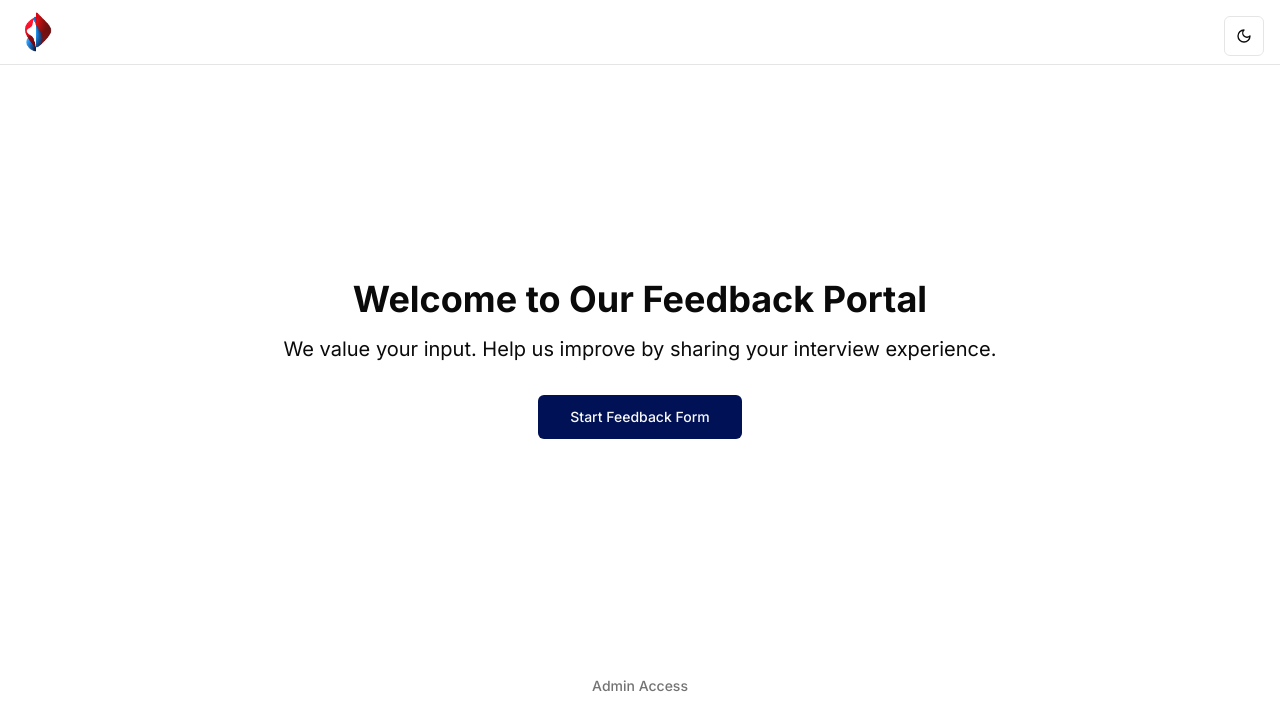
Repository: imets01/swisscom-feedback-app
Page: / (app in frontend/)
The author's editor kept a copy of each file at every save. The page is drawn from the files as they stood at one save, then again after the next save.
The browser window is 1280 px wide. The pictures show the whole page.
The project was rebuilt for these pictures with package versions that can differ from the ones it lists, and the page was loaded fresh each time. The framework's server and built-in components were replaced by stand-ins that run in the browser. Also part of the build but not shown: frontend/next.config.mjs, frontend/src/components/ui/label.jsx, frontend/src/components/ui/form.jsx, frontend/src/components/ui/input.jsx, frontend/src/components/ui/card.jsx, frontend/src/app/components/loginForm.js, frontend/src/app/login/page.js.

Above is the page before, as saved 2024-12-01 11:08:12.

### frontend/src/app/layout.jsx
import "./globals.css";
import { Inter } from "next/font/google";

const inter = Inter({ subsets: ["latin"] });

export const metadata = {
  title: "Interview Feedback Form",
  description: "Submit your feedback about the interview process",
};

export default function RootLayout({ children }) {
  return (
    <html lang="en">
      <body className={inter.className}>
        <div>
          <main>{children}</main>
        </div>
      </body>
    </html>
  );
}

### frontend/src/app/page.js
import Link from "next/link";
import { Button } from "@/components/ui/button";
import {
  Drawer,
  DrawerClose,
  DrawerContent,
  DrawerDescription,
  DrawerFooter,
  DrawerHeader,
  DrawerTitle,
  DrawerTrigger,
} from "@/components/ui/drawer";
import LoginPage from "./login/page";
import Header from "./components/headerComponent";

export default function Home() {
  return (
    <div className="min-h-screen flex flex-col">
      <Header />
      <main className="flex-grow flex items-center justify-center">
        <div className="text-center">
          <h1 className="text-4xl font-bold mb-4">
            Welcome to Our Feedback Portal
          </h1>
          <p className="text-xl mb-8">
            We value your input. Help us improve by sharing your interview
            experience.
          </p>
          <Button asChild size="lg">
            <Link href="/feedback">Start Feedback Form</Link>
          </Button>
        </div>
      </main>

      <footer className="p-4 text-center">
        <Drawer>
          <DrawerTrigger className=" h-9 w-fit rounded-md px-3 text-sm font-medium text-muted-foreground hover:text-foreground hover:bg-accent">
            Admin Access
          </DrawerTrigger>
          <DrawerContent>
            <DrawerHeader>
              <DrawerTitle></DrawerTitle>
              <DrawerDescription></DrawerDescription>
              <LoginPage />
            </DrawerHeader>
            <DrawerFooter className="flex justify-center items-center">
              <DrawerClose asChild>
                <Button
                  variant="outline"
                  className="h-9 w-fittransition-colors text-muted-foreground hover:text-foreground hover:bg-accent"
                >
                  Cancel
                </Button>
              </DrawerClose>
            </DrawerFooter>
          </DrawerContent>
        </Drawer>
      </footer>
    </div>
  );
}

### frontend/src/app/globals.css
@tailwind base;
@tailwind components;
@tailwind utilities;

body {
  font-family: Arial, Helvetica, sans-serif;
}

@layer base {
  :root {
    --background: 0 0% 100%;
    --foreground: 0 0% 3.9%;
    --card: 0 0% 100%;
    --card-foreground: 0 0% 3.9%;
    --popover: 0 0% 100%;
    --popover-foreground: 0 0% 3.9%;
    /* --primary: 0 0% 9%; */
    --primary: 228 100% 16.7%;
    --primary-foreground: 0 0% 98%;
    --secondary: 212 93% 44.5%;
    --secondary-foreground: 212 93% 35%;
    --muted: 0 0% 96.1%;
    --muted-foreground: 0 0% 45.1%;
    --accent: 0 0% 96.1%;
    --accent-foreground: 0 0% 9%;
    --destructive: 0 84.2% 60.2%;
    --destructive-foreground: 0 0% 98%;
    --border: 0 0% 89.8%;
    --input: 0 0% 89.8%;
    --ring: 0 0% 3.9%;
    --chart-1: 12 76% 61%;
    --chart-2: 173 58% 39%;
    --chart-3: 197 37% 24%;
    --chart-4: 43 74% 66%;
    --chart-5: 27 87% 67%;
    --radius: 0.5rem;
    --sidebar-background: 0 0% 98%;
    --sidebar-foreground: 240 5.3% 26.1%;
    --sidebar-primary: 240 5.9% 10%;
    --sidebar-primary-foreground: 0 0% 98%;
    --sidebar-accent: 240 4.8% 95.9%;
    --sidebar-accent-foreground: 240 5.9% 10%;
    --sidebar-border: 220 13% 91%;
    --sidebar-ring: 217.2 91.2% 59.8%;
  }
  .dark {
    --background: 0 0% 3.9%;
    --foreground: 0 0% 98%;
    --card: 0 0% 3.9%;
    --card-foreground: 0 0% 98%;
    --popover: 0 0% 3.9%;
    --popover-foreground: 0 0% 98%;
    --primary: 0 0% 98%;
    --primary-foreground: 0 0% 9%;
    --secondary: 212 93% 44.5%;
    --secondary-foreground: 212 93% 35%;
    --muted: 0 0% 14.9%;
    --muted-foreground: 0 0% 63.9%;
    --accent: 0 0% 14.9%;
    --accent-foreground: 0 0% 98%;
    --destructive: 0 62.8% 30.6%;
    --destructive-foreground: 0 0% 98%;
    --border: 0 0% 14.9%;
    --input: 0 0% 14.9%;
    --ring: 0 0% 83.1%;
    --chart-1: 220 70% 50%;
    --chart-2: 160 60% 45%;
    --chart-3: 30 80% 55%;
    --chart-4: 280 65% 60%;
    --chart-5: 340 75% 55%;
    --sidebar-background: 240 5.9% 10%;
    --sidebar-foreground: 240 4.8% 95.9%;
    --sidebar-primary: 224.3 76.3% 48%;
    --sidebar-primary-foreground: 0 0% 100%;
    --sidebar-accent: 240 3.7% 15.9%;
    --sidebar-accent-foreground: 240 4.8% 95.9%;
    --sidebar-border: 240 3.7% 15.9%;
    --sidebar-ring: 217.2 91.2% 59.8%;
  }
}

@layer base {
  * {
    @apply border-border;
  }
  body {
    @apply bg-background text-foreground;
  }
}

### frontend/src/components/ui/button.jsx
import * as React from "react";
import { Slot } from "@radix-ui/react-slot";
import { cva } from "class-variance-authority";

import { cn } from "@/lib/utils";

const buttonVariants = cva(
  "inline-flex items-center justify-center gap-2 whitespace-nowrap rounded-md text-sm font-medium ring-offset-background transition-colors focus-visible:outline-none focus-visible:ring-2 focus-visible:ring-ring focus-visible:ring-offset-2 disabled:pointer-events-none disabled:opacity-50 [&_svg]:pointer-events-none [&_svg]:size-4 [&_svg]:shrink-0",
  {
    variants: {
      variant: {
        default: "bg-primary text-primary-foreground hover:bg-primary/90",
        destructive:
          "bg-destructive text-destructive-foreground hover:bg-destructive/90",
        outline:
          "border border-input bg-background hover:bg-accent hover:text-accent-foreground",
        secondary:
          "bg-secondary text-primary-foreground hover:bg-secondary-foreground",
        ghost: "hover:bg-accent hover:text-accent-foreground",
        link: "text-primary underline-offset-4 hover:underline",
      },
      size: {
        default: "h-10 px-4 py-2",
        sm: "h-9 rounded-md px-3",
        lg: "h-11 rounded-md px-8",
        icon: "h-10 w-10",
      },
    },
    defaultVariants: {
      variant: "default",
      size: "default",
    },
  }
);

const Button = React.forwardRef(
  ({ className, variant, size, asChild = false, ...props }, ref) => {
    const Comp = asChild ? Slot : "button";
    return (
      <Comp
        className={cn(buttonVariants({ variant, size, className }))}
        ref={ref}
        {...props}
      />
    );
  }
);
Button.displayName = "Button";

export { Button, buttonVariants };

### frontend/src/components/ui/drawer.jsx
"use client"

import * as React from "react"
import { Drawer as DrawerPrimitive } from "vaul"

import { cn } from "@/lib/utils"

const Drawer = ({
  shouldScaleBackground = true,
  ...props
}) => (
  <DrawerPrimitive.Root shouldScaleBackground={shouldScaleBackground} {...props} />
)
Drawer.displayName = "Drawer"

const DrawerTrigger = DrawerPrimitive.Trigger

const DrawerPortal = DrawerPrimitive.Portal

const DrawerClose = DrawerPrimitive.Close

const DrawerOverlay = React.forwardRef(({ className, ...props }, ref) => (
  <DrawerPrimitive.Overlay
    ref={ref}
    className={cn("fixed inset-0 z-50 bg-black/80", className)}
    {...props} />
))
DrawerOverlay.displayName = DrawerPrimitive.Overlay.displayName

const DrawerContent = React.forwardRef(({ className, children, ...props }, ref) => (
  <DrawerPortal>
    <DrawerOverlay />
    <DrawerPrimitive.Content
      ref={ref}
      className={cn(
        "fixed inset-x-0 bottom-0 z-50 mt-24 flex h-auto flex-col rounded-t-[10px] border bg-background",
        className
      )}
      {...props}>
      <div className="mx-auto mt-4 h-2 w-[100px] rounded-full bg-muted" />
      {children}
    </DrawerPrimitive.Content>
  </DrawerPortal>
))
DrawerContent.displayName = "DrawerContent"

const DrawerHeader = ({
  className,
  ...props
}) => (
  <div
    className={cn("grid gap-1.5 p-4 text-center sm:text-left", className)}
    {...props} />
)
DrawerHeader.displayName = "DrawerHeader"

const DrawerFooter = ({
  className,
  ...props
}) => (
  <div className={cn("mt-auto flex flex-col gap-2 p-4", className)} {...props} />
)
DrawerFooter.displayName = "DrawerFooter"

const DrawerTitle = React.forwardRef(({ className, ...props }, ref) => (
  <DrawerPrimitive.Title
    ref={ref}
    className={cn("text-lg font-semibold leading-none tracking-tight", className)}
    {...props} />
))
DrawerTitle.displayName = DrawerPrimitive.Title.displayName

const DrawerDescription = React.forwardRef(({ className, ...props }, ref) => (
  <DrawerPrimitive.Description
    ref={ref}
    className={cn("text-sm text-muted-foreground", className)}
    {...props} />
))
DrawerDescription.displayName = DrawerPrimitive.Description.displayName

export {
  Drawer,
  DrawerPortal,
  DrawerOverlay,
  DrawerTrigger,
  DrawerClose,
  DrawerContent,
  DrawerHeader,
  DrawerFooter,
  DrawerTitle,
  DrawerDescription,
}

### frontend/src/app/components/headerComponent.js
import Link from "next/link";
import Image from "next/image"; // Import the Image component
import { ThemeSelector } from "./themeSelector";

export default function Header() {
  return (
    <header className="bg-background border-b">
      <div className="container px-2 sm:px-4 lg:px-4">
        <div className="flex items-center justify-between h-16">
          <div className="flex items-center">
            <Link href="/">
              <Image
                src="/650a16197f1c9d8e2dc7593a_SC-Lifeform.gif" // Path to the gif in the public folder
                alt="Lifeform Animation" // Alt text for accessibility
                width={40} // Set the width of the GIF
                height={40} // Set the height of the GIF
              />
            </Link>
          </div>
          {/* Displaying GIF with Image component */}
          <div className="flex items-center">
            <ThemeSelector />
          </div>
        </div>
      </div>
    </header>
  );
}

### frontend/src/app/components/themeSelector.js
"use client";

import { useState, useEffect } from "react";
import { Moon, Sun } from "lucide-react";
import { Button } from "@/components/ui/button";

export function ThemeSelector() {
  const [theme, setTheme] = useState("light");

  useEffect(() => {
    const root = window.document.documentElement;
    root.classList.remove("light", "dark");
    root.classList.add(theme);
  }, [theme]);

  const toggleTheme = () => {
    setTheme(theme === "light" ? "dark" : "light");
  };

  return (
    <div className="fixed top-4 right-4 z-30">
      <Button variant="outline" size="icon" onClick={toggleTheme}>
        {theme === "light" ? (
          <Moon className="h-[1.2rem] w-[1.2rem]" />
        ) : (
          <Sun className="h-[1.2rem] w-[1.2rem]" />
        )}
        <span className="sr-only">Toggle theme</span>
      </Button>
    </div>
  );
}

Loaded but not shown: frontend/src/lib/utils.js (common file); frontend/tailwind.config.js (common file)

After the next save:
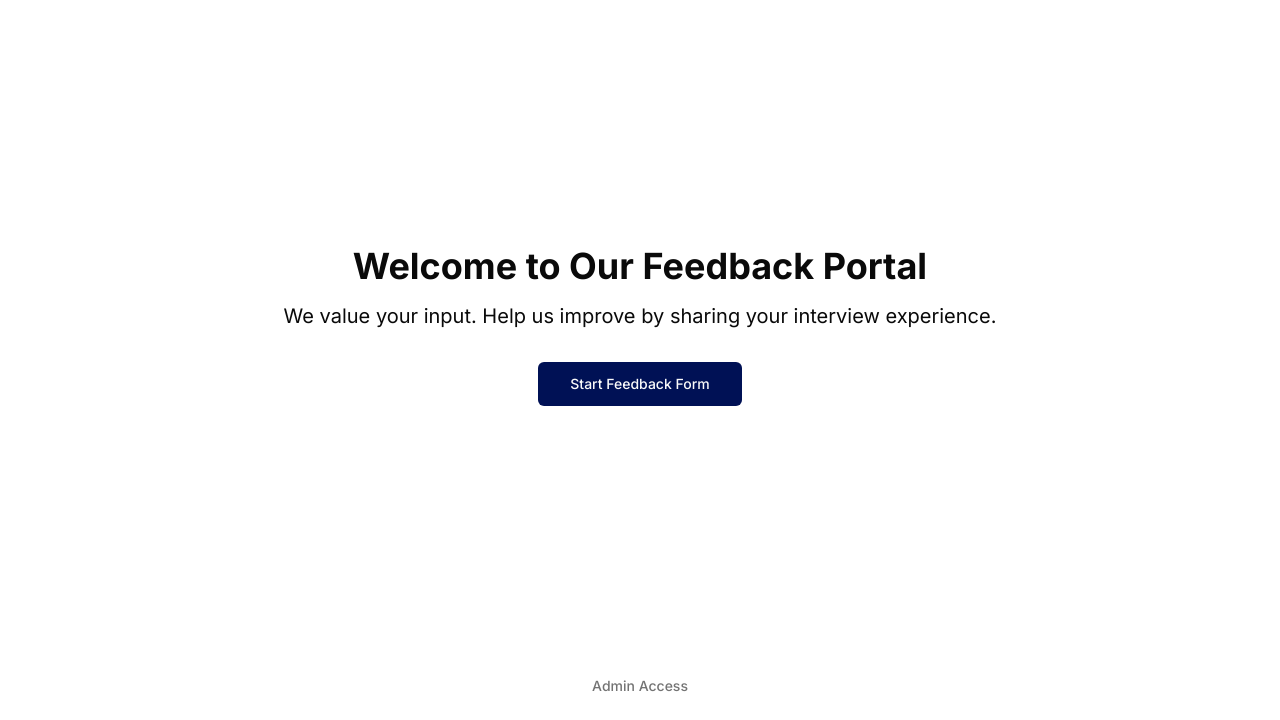
Saved 11 s later.
--- a/frontend/src/app/page.js
+++ b/frontend/src/app/page.js
@@ -16,7 +16,6 @@ import Header from "./components/headerComponent";
 export default function Home() {
   return (
     <div className="min-h-screen flex flex-col">
-      <Header />
       <main className="flex-grow flex items-center justify-center">
         <div className="text-center">
           <h1 className="text-4xl font-bold mb-4">
